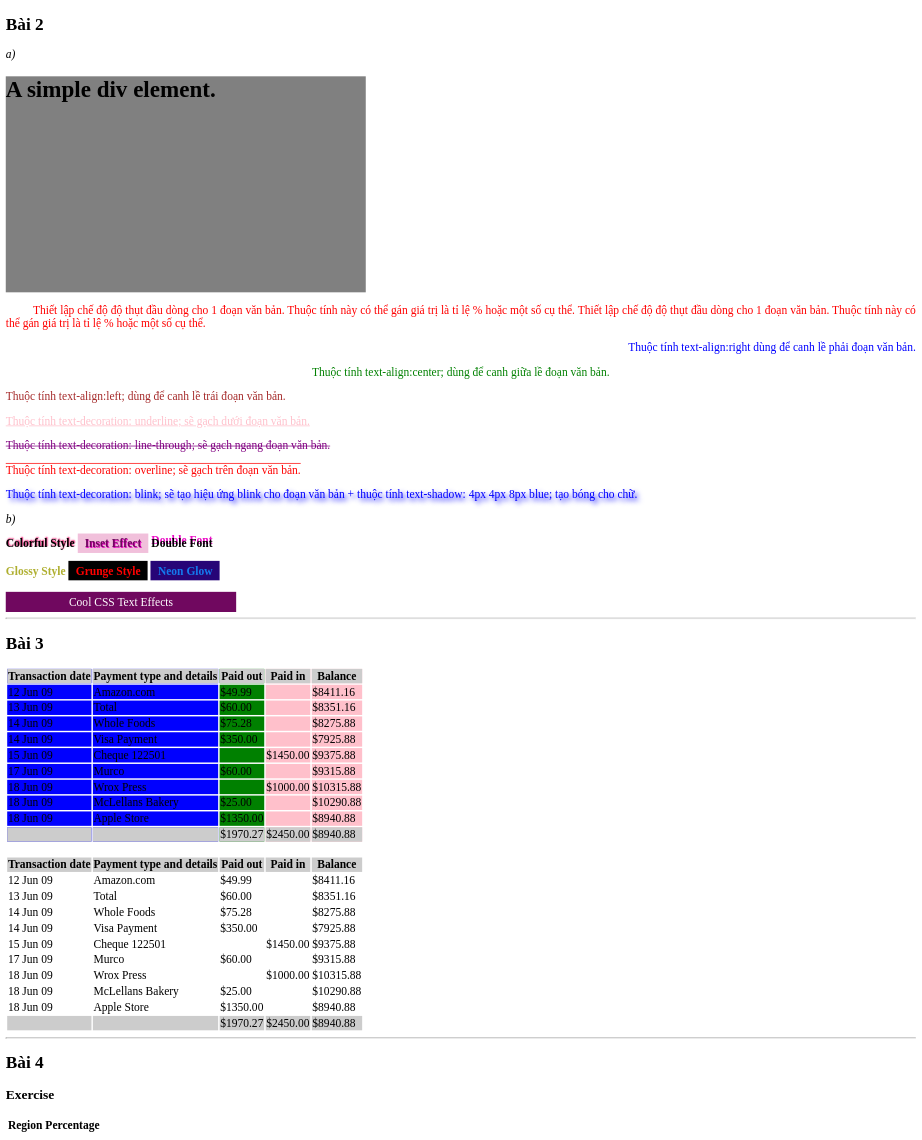
Repository: hoangnguyen1903/STT_21084321_NguyenHuyHoang_DHKHMT17B
Page: html/index.html
The author's editor kept a copy of each file at every save. The page is drawn from the files as they stood at one save, then again after the next save.
The browser window is 1280 px wide. The pictures show the whole page, at 72% of full size.

Above is the page before, as saved 2023-03-02 14:12:33.

### html/index.html
<!DOCTYPE html>
<html lang="en">
  <head>
    <meta charset="UTF-8" />
    <meta http-equiv="X-UA-Compatible" content="IE=edge" />
    <meta name="viewport" content="width=device-width, initial-scale=1.0" />
    <title>CSS</title>
  </head>
  <body>
    <h2><b>Bài 2</b></h2>
    <p><i>a)</i></p>
    <div
      id="container"
      style="width: 500px; height: 300px; background-color: gray"
    >
      <h1>A simple div element.</h1>
    </div>
    <p style="text-indent: 1cm; color: red; text-align: justify">
      Thiết lập chế độ độ thụt đầu dòng cho 1 đoạn văn bản. Thuộc tính này có
      thể gán giá trị là tỉ lệ % hoặc một số cụ thể. Thiết lập chế độ độ thụt
      đầu dòng cho 1 đoạn văn bản. Thuộc tính này có thể gán giá trị là tỉ lệ %
      hoặc một số cụ thể.
    </p>
    <p style="text-align: right; color: blue">
      Thuộc tính text-align:right dùng để canh lề phải đoạn văn bản.
    </p>
    <p style="text-align: center; color: green">
      Thuộc tính text-align:center; dùng để canh giữa lề đoạn văn bản.
    </p>
    <p style="text-align: left; color: brown">
      Thuộc tính text-align:left; dùng để canh lề trái đoạn văn bản.
    </p>
    <p style="text-decoration: underline; color: pink">
      Thuộc tính text-decoration: underline; sẽ gạch dưới đoạn văn bản.
    </p>
    <p style="text-decoration: line-through; color: purple">
      Thuộc tính text-decoration: line-through; sẽ gạch ngang đoạn văn bản.
    </p>
    <p style="text-decoration: overline; color: red">
      Thuộc tính text-decoration: overline; sẽ gạch trên đoạn văn bản.
    </p>
    <p
      style="
        text-decoration: blink;
        text-align: justify;
        color: blue;
        text-shadow: 4px 4px 8px blue;
      "
    >
      Thuộc tính text-decoration: blink; sẽ tạo hiệu ứng blink cho đoạn văn bản
      + thuộc tính text-shadow: 4px 4px 8px blue; tạo bóng cho chữ.
    </p>
    <p><i>b)</i></p>
    <div>
      <span
        style="
          color: black;
          font-weight: bold;
          text-shadow: 1px -1px 2px rgba(238, 12, 106, 0.986);
        "
        >Colorful Style</span
      >
      <span
        style="
          color: #70085f;
          background: #f1c0db;
          padding: 5px 10px;
          font-weight: bold;
          text-shadow: #eb0bc5 1px 1px 0;
        "
        >Inset Effect</span
      >
      <span style="text-shadow: 0px -5px 0 #eb0bc5; font-weight: bold"
        >Double Font</span
      >
    </div>
    <div style="margin-top: 20px">
      <span
        style="
          color: rgb(175, 175, 48);
          text-shadow: 4px 2px 2px #fff;
          font-weight: bold;
        "
        >Glossy Style</span
      >
      <span
        style="
          color: red;
          background-color: black;
          padding: 5px 10px;
          font-weight: bold;
        "
        >Grunge Style</span
      >
      <span
        style="
          color: rgb(20, 122, 238);
          background-color: rgb(39, 5, 119);
          padding: 5px 10px;
          font-weight: bold;
        "
        >Neon Glow</span
      >
    </div>
    <div
      style="
        color: #fff;
        background-color: #70085f;
        text-align: center;
        padding: 5px 10px;
        margin-top: 20px;
        width: 300px;
      "
    >
      Cool CSS Text Effects
    </div>
    <hr />
    <h2><b>Bài 3</b></h2>
    <table>
      <colgroup>
        <col span="6" style="background-color: blue" />
        <col span="6" style="background-color: blue" />
        <col span="2" style="background-color: green" />
        <col span="2" style="background-color: pink" />
        <col span="3" style="background-color: pink" />
      </colgroup>
      <tr style="background-color: #ccc">
        <th colspan="6">Transaction date</th>
        <th colspan="6">Payment type and details</th>
        <th colspan="2">Paid out</th>
        <th colspan="2">Paid in</th>
        <th colspan="3">Balance</th>
      </tr>

      <tr>
        <td colspan="6">12 Jun 09</td>
        <td colspan="6">Amazon.com</td>
        <td colspan="2">$49.99</td>
        <td colspan="2"></td>
        <td colspan="3">$8411.16</td>
      </tr>
      <tr>
        <td colspan="6">13 Jun 09</td>
        <td colspan="6">Total</td>
        <td colspan="2">$60.00</td>
        <td colspan="2"></td>
        <td colspan="3">$8351.16</td>
      </tr>
      <tr>
        <td colspan="6">14 Jun 09</td>
        <td colspan="6">Whole Foods</td>
        <td colspan="2">$75.28</td>
        <td colspan="2"></td>
        <td colspan="3">$8275.88</td>
      </tr>
      <tr>
        <td colspan="6">14 Jun 09</td>
        <td colspan="6">Visa Payment</td>
        <td colspan="2">$350.00</td>
        <td colspan="2"></td>
        <td colspan="3">$7925.88</td>
      </tr>
      <tr>
        <td colspan="6">15 Jun 09</td>
        <td colspan="6">Cheque 122501</td>
        <td colspan="2"></td>
        <td colspan="2">$1450.00</td>
        <td colspan="3">$9375.88</td>
      </tr>
      <tr>
        <td colspan="6">17 Jun 09</td>
        <td colspan="6">Murco</td>
        <td colspan="2">$60.00</td>
        <td colspan="2"></td>
        <td colspan="3">$9315.88</td>
      </tr>
      <tr>
        <td colspan="6">18 Jun 09</td>
        <td colspan="6">Wrox Press</td>
        <td colspan="2"></td>
        <td colspan="2">$1000.00</td>
        <td colspan="3">$10315.88</td>
      </tr>
      <tr>
        <td colspan="6">18 Jun 09</td>
        <td colspan="6">McLellans Bakery</td>
        <td colspan="2">$25.00</td>
        <td colspan="2"></td>
        <td colspan="3">$10290.88</td>
      </tr>
      <tr>
        <td colspan="6">18 Jun 09</td>
        <td colspan="6">Apple Store</td>
        <td colspan="2">$1350.00</td>
        <td colspan="2"></td>
        <td colspan="3">$8940.88</td>
      </tr>

      <tr style="background-color: #ccc">
        <td colspan="6"></td>
        <td colspan="6"></td>
        <td colspan="2">$1970.27</td>
        <td colspan="2">$2450.00</td>
        <td colspan="3">$8940.88</td>
      </tr>
    </table>
    <br />
    <table>
      <tr style="background-color: #ccc">
        <th colspan="6">Transaction date</th>
        <th colspan="6">Payment type and details</th>
        <th colspan="2">Paid out</th>
        <th colspan="2">Paid in</th>
        <th colspan="3">Balance</th>
      </tr>

      <tr>
        <td colspan="6">12 Jun 09</td>
        <td colspan="6">Amazon.com</td>
        <td colspan="2">$49.99</td>
        <td colspan="2"></td>
        <td colspan="3">$8411.16</td>
      </tr>
      <tr>
        <td colspan="6">13 Jun 09</td>
        <td colspan="6">Total</td>
        <td colspan="2">$60.00</td>
        <td colspan="2"></td>
        <td colspan="3">$8351.16</td>
      </tr>
      <tr>
        <td colspan="6">14 Jun 09</td>
        <td colspan="6">Whole Foods</td>
        <td colspan="2">$75.28</td>
        <td colspan="2"></td>
        <td colspan="3">$8275.88</td>
      </tr>
      <tr>
        <td colspan="6">14 Jun 09</td>
        <td colspan="6">Visa Payment</td>
        <td colspan="2">$350.00</td>
        <td colspan="2"></td>
        <td colspan="3">$7925.88</td>
      </tr>
      <tr>
        <td colspan="6">15 Jun 09</td>
        <td colspan="6">Cheque 122501</td>
        <td colspan="2"></td>
        <td colspan="2">$1450.00</td>
        <td colspan="3">$9375.88</td>
      </tr>
      <tr>
        <td colspan="6">17 Jun 09</td>
        <td colspan="6">Murco</td>
        <td colspan="2">$60.00</td>
        <td colspan="2"></td>
        <td colspan="3">$9315.88</td>
      </tr>
      <tr>
        <td colspan="6">18 Jun 09</td>
        <td colspan="6">Wrox Press</td>
        <td colspan="2"></td>
        <td colspan="2">$1000.00</td>
        <td colspan="3">$10315.88</td>
      </tr>
      <tr>
        <td colspan="6">18 Jun 09</td>
        <td colspan="6">McLellans Bakery</td>
        <td colspan="2">$25.00</td>
        <td colspan="2"></td>
        <td colspan="3">$10290.88</td>
      </tr>
      <tr>
        <td colspan="6">18 Jun 09</td>
        <td colspan="6">Apple Store</td>
        <td colspan="2">$1350.00</td>
        <td colspan="2"></td>
        <td colspan="3">$8940.88</td>
      </tr>

      <tr style="background-color: #ccc">
        <td colspan="6"></td>
        <td colspan="6"></td>
        <td colspan="2">$1970.27</td>
        <td colspan="2">$2450.00</td>
        <td colspan="3">$8940.88</td>
      </tr>
    </table>
    <hr />
    <h2><b>Bài 4</b></h2>
    <div class="bai4">
      <h3>Exercise</h3>
      <table>
        <tr>
          <th span="8">Region</th>
          <th span="6">Percentage</th>
        </tr>
      </table>
    </div>
  </body>
</html>

After the next save:
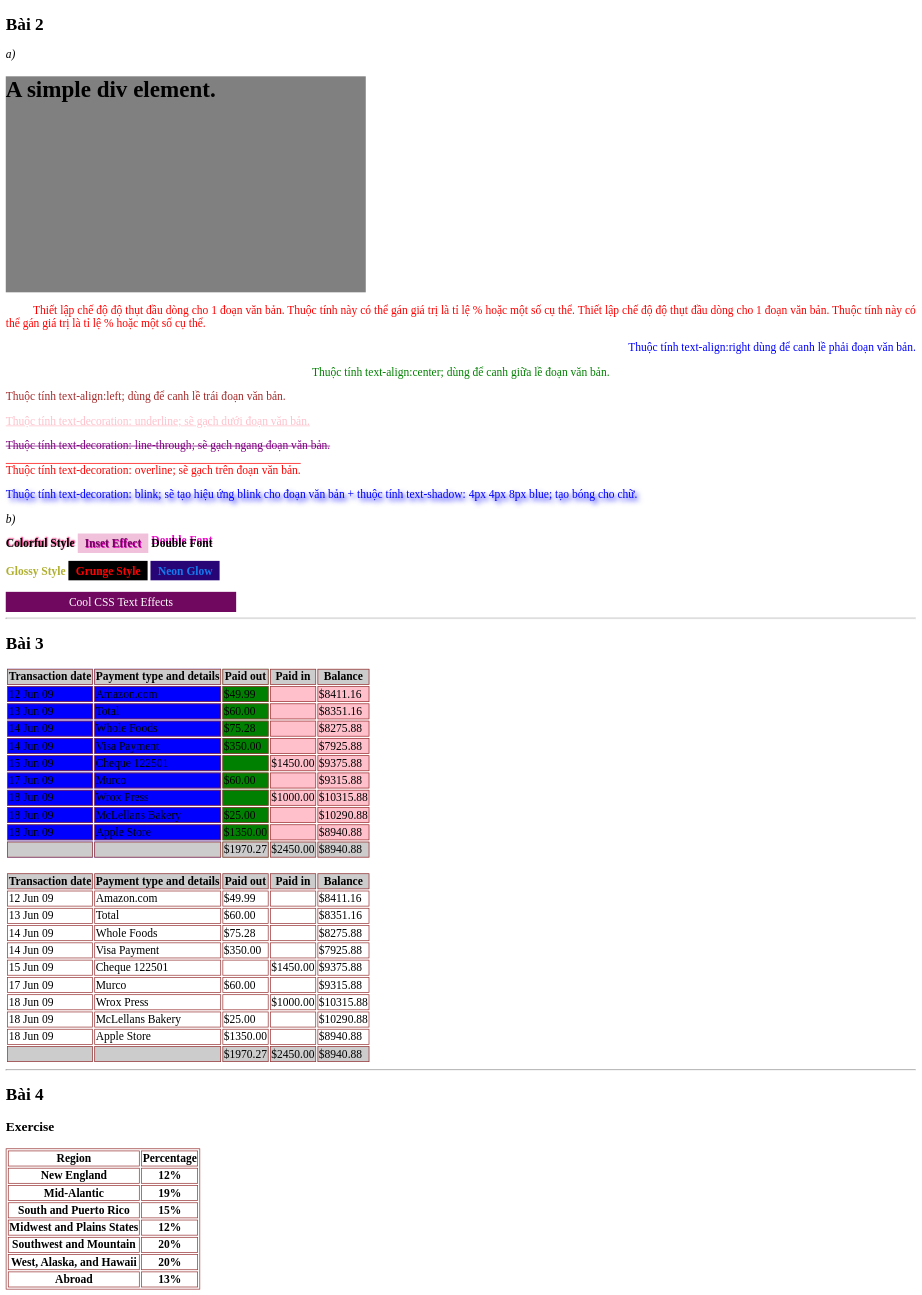
Saved 4 min 19 s later.
--- a/html/index.html
+++ b/html/index.html
@@ -5,6 +5,16 @@
     <meta http-equiv="X-UA-Compatible" content="IE=edge" />
     <meta name="viewport" content="width=device-width, initial-scale=1.0" />
     <title>CSS</title>
+
+    <style>
+      .bai4 > table,
+      tr,
+      th,
+      td {
+        font-family: "Trebuchet MS, Arial, Helvetica, sans-serif";
+        border: 1px solid #993738;
+      }
+    </style>
   </head>
   <body>
     <h2><b>Bài 2</b></h2>
@@ -295,6 +305,34 @@
           <th span="8">Region</th>
           <th span="6">Percentage</th>
         </tr>
+        <tr>
+          <th span="8">New England</th>
+          <th span="6">12%</th>
+        </tr>
+        <tr>
+          <th span="8">Mid-Alantic</th>
+          <th span="6">19%</th>
+        </tr>
+        <tr>
+          <th span="8">South and Puerto Rico</th>
+          <th span="6">15%</th>
+        </tr>
+        <tr>
+          <th span="8">Midwest and Plains States</th>
+          <th span="6">12%</th>
+        </tr>
+        <tr>
+          <th span="8">Southwest and Mountain</th>
+          <th span="6">20%</th>
+        </tr>
+        <tr>
+          <th span="8">West, Alaska, and Hawaii</th>
+          <th span="6">20%</th>
+        </tr>
+        <tr>
+          <th span="8">Abroad</th>
+          <th span="6">13%</th>
+        </tr>
       </table>
     </div>
   </body>
